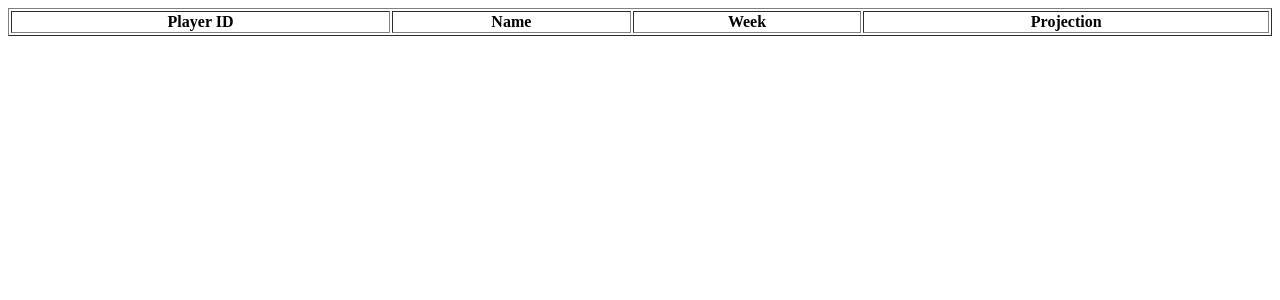
Repository: jkopi11/ffbp
Page: http://localhost/FFB_Analyzer/templates/getProjections.jsp
These files come from the project's save history. The page is drawn as it stood at one moment and after the next save; the edit follows.
The browser window is 1280 px wide. The pictures show the whole page.
The page is served by Tomcat 9. Queries for data that is not in the repository find no rows.

Above is the page before, as saved 2016-09-07 21:21:20.

After the next save:
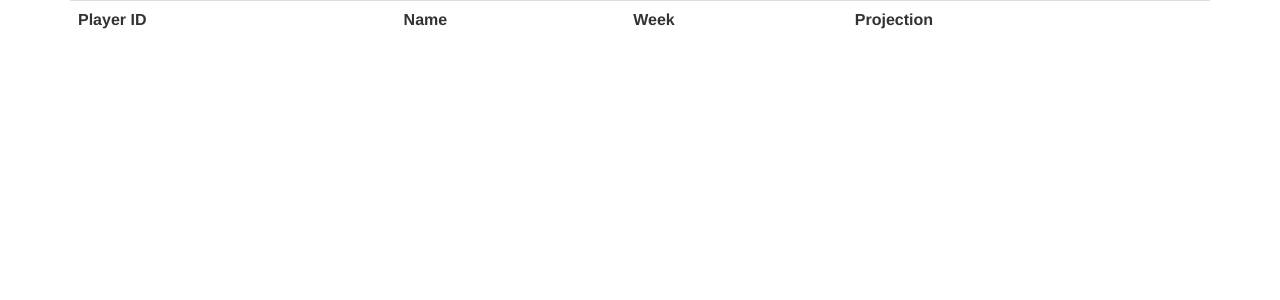
Saved 7 min 15 s later.
--- a/FFB_Analyzer/WebContent/templates/getProjections.jsp
+++ b/FFB_Analyzer/WebContent/templates/getProjections.jsp
@@ -16,22 +16,26 @@ LEFT JOIN projections
 ON players.P_ID=projections.P_ID ORDER BY projections.ESPN_PROJ DESC;
 </sql:query>
 
-<table border="1" width="100%">
-<tr>
-<th>Player ID</th>
-<th>Name</th>
-<th>Week</th>
-<th>Projection</th>
-</tr>
-<c:forEach var="row" items="${result.rows}">
-<tr>
-<td><c:out value="${row.P_ID}"/></td>
-<td><c:out value="${row.PNAME}"/></td>
-<td><c:out value="${row.WEEK}"/></td>
-<td><c:out value="${row.ESPN_PROJ}"/></td>
-</tr>
-</c:forEach>
-</table>
+<div class="container">
+	<table class="table">
+		<tr>
+			<th>Player ID</th>
+			<th>Name</th>
+			<th>Week</th>
+			<th>Projection</th>
+		</tr>
+	<c:forEach var="row" items="${result.rows}">
+		<tr>
+			<td><c:out value="${row.P_ID}"/></td>
+			<td><c:out value="${row.PNAME}"/></td>
+			<td><c:out value="${row.WEEK}"/></td>
+			<td><c:out value="${row.ESPN_PROJ}"/></td>
+		</tr>
+	</c:forEach>
+	</table>
+</div>
+
 
 </body>
+<link rel="stylesheet" type="text/css" href="../resources/bootstrap.min.css"/>
 </html>
